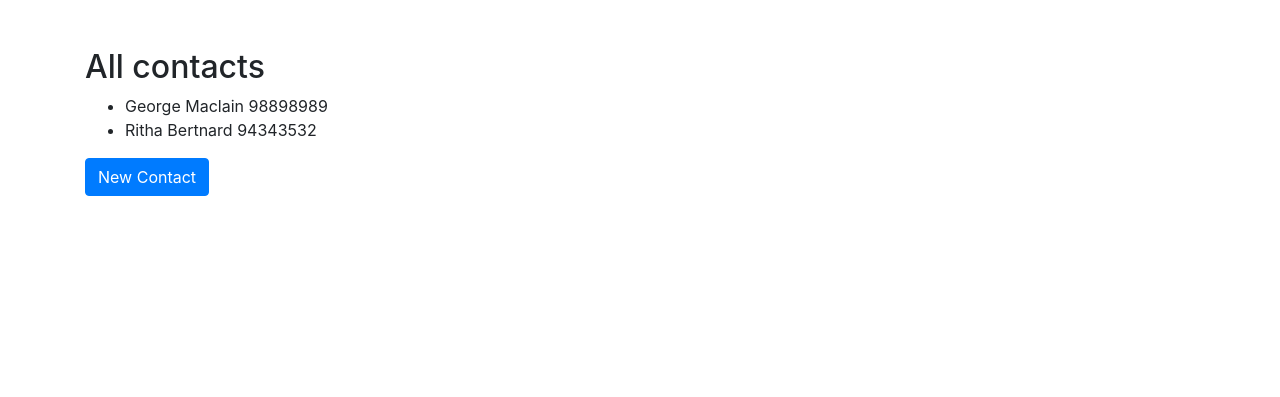
Repository: fishercom/react-phonebook
Page: /
These files come from the project's save history. The page is drawn as it stood at one moment and after the next save; the edit follows.
The browser window is 1280 px wide. The pictures show the whole page.
The project was rebuilt for these pictures with package versions that can differ from the ones it lists, and the page was loaded fresh each time. Also part of the build but not shown: src/App.css, src/components/Form.js.

Above is the page before, as saved 2021-01-30 23:02:02.

### src/App.js
import React from 'react';

import './App.css';
import List from './components/List';
import Form from './components/Form';


class App extends React.Component {

  constructor(props) {
    super(props);
    this.state = {
      contacts: [
        { id: '1', firstName: 'George', lastName: 'Maclain', phoneNumber: '98898989' },
        { id: '2', firstName: 'Ritha', lastName: 'Bertnard', phoneNumber: '94343532' }
      ]
    };
  }

  changeView = (action, changeParams = {}) => {
    let contact = { personId: null, newPerson: null, updatedPerson: null, deleteId: null };
    contact = { ...changeParams };
    console.log(contact);

    let state = { ...this.state };
    state.action = action;
    let tmp = [...this.state.contacts];
    if (action === 'insert') {
      tmp.push(contact);
    }
    state.contacts = tmp;

    console.log(state);
    super.setState(state);
  }

  render() {
    let view = null;
    switch (this.state.action) {
      case 'Form':
        view = <Form state={this.state} switch={this.changeView} />
        break;
      default:
        view = <List state={this.state} switch={this.changeView} />
    }

    return (
      <div>
        <header>

        </header>
        <div className="container mt-5">
        {view}
        </div>
      </div>)
  }

}

export default App;

### src/components/List.js
import React from 'react';

class List extends React.Component {

    state = this.props.state;

    render() {
        return (
            <section>
                <h2>All contacts</h2>
                <ul className="contactList">
                    {this.state.contacts.map((contact) => <li key={contact.id}>{contact.firstName} {contact.lastName} {contact.phoneNumber}</li>)}
                </ul>
                <button className="btn btn-primary" onClick={() => this.props.switch('Form')}>New Contact</button>
            </section>
        );
    }

}

export default List

Loaded but not shown: public/index.html (common file); src/index.js (common file); src/index.css (common file); src/reportWebVitals.js (common file)

After the next save:
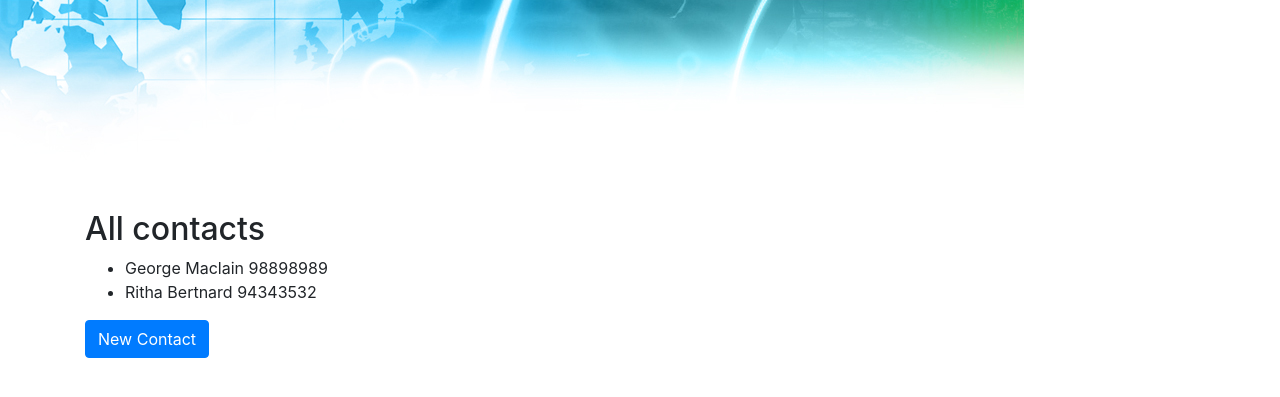
Saved 7 min 37 s later.
--- a/src/App.js
+++ b/src/App.js
@@ -1,6 +1,8 @@
 import React from 'react';
 
 import './App.css';
+import header from './assets/images/header.png';
+
 import List from './components/List';
 import Form from './components/Form';
 
@@ -47,7 +49,7 @@ class App extends React.Component {
     return (
       <div>
         <header>
-
+          <img src={header} alt="header" />
         </header>
         <div className="container mt-5">
         {view}
